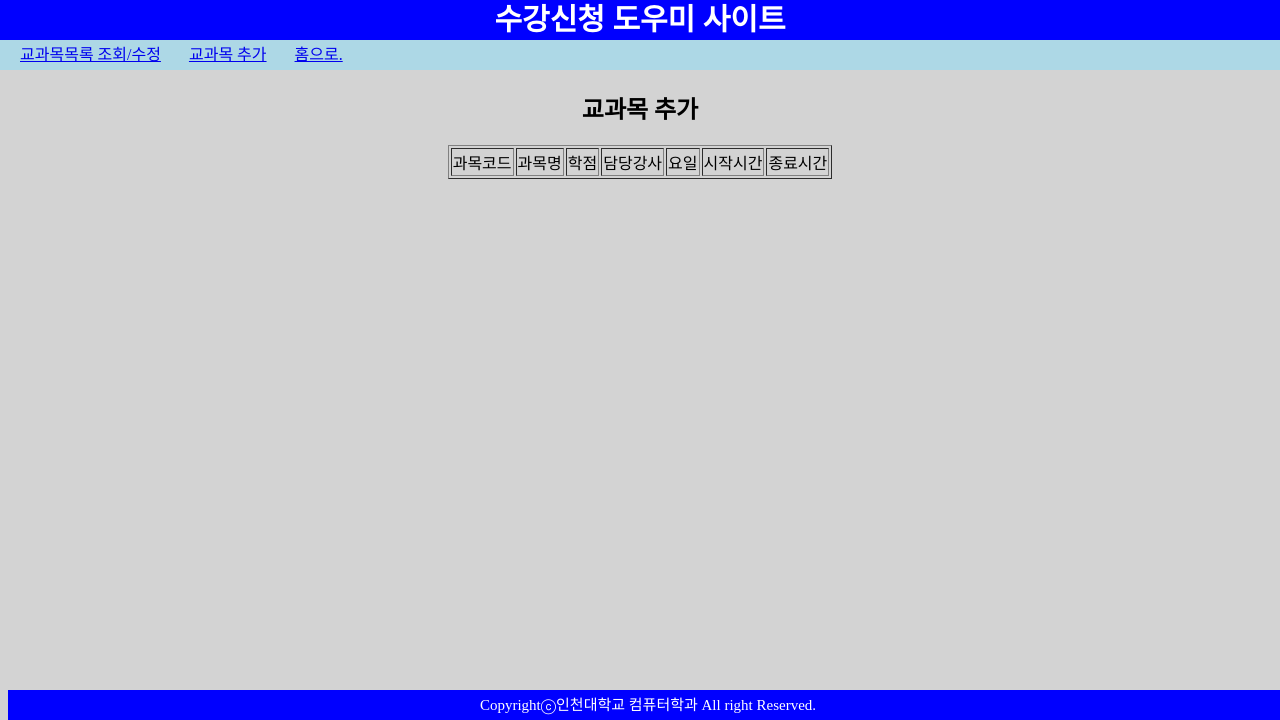
Repository: leesuyeon116/HRD_2
Page: http://localhost/HRD_0419/insert.jsp
These files come from the project's save history. The page is drawn as it stood at one moment and after the next save; the edit follows.
The browser window is 1280 px wide. The pictures show the whole page.
The page is served by Tomcat 9. Other server files are loaded and not shown.

Above is the page before, as saved 2024-04-19 06:00:59.

### HRD_0419/src/main/webapp/insert.jsp
<%@ page language="java" contentType="text/html; charset=UTF-8"
    pageEncoding="UTF-8"%>
<!DOCTYPE html>
<html>
<head>
<meta charset="UTF-8">
<title>insert</title>
</head>
<body>
	<jsp:include page="header.jsp"></jsp:include>
    <section style="position: fixed; top: 70px; left: 0px; width: 100%; height: 100%; background-color: lightgray">
    	<h2 style="text-align: center;"><b>교과목 추가</b></h2>
		<form method="post" action="action.jsp" name="frm" style="display: flex; align-items: center; justify-content: center">
			<table border="1">
				<tr>
					<td>과목코드</td>
					<td>과목명</td>
					<td>학점</td>
					<td>담당강사</td>
					<td>요일</td>
					<td>시작시간</td>
					<td>종료시간</td>
				</tr>
			</table>
		</form>
    </section>
	<jsp:include page="footer.jsp"></jsp:include>
</body>
</html>

### HRD_0419/src/main/webapp/header.jsp
<%@ page language="java" contentType="text/html; charset=UTF-8" pageEncoding="UTF-8"%>
<!DOCTYPE html>
<html>
<head>
    <meta charset="UTF-8">
    <title>header</title>
</head>
<body>
    <header style="position: fixed; top: 0px; left: 0px; width: 100%; height: 40px; line-height: 40px;
        background-color: blue; color: white; text-align: center; font-size: 30px">
        <b>수강신청 도우미 사이트</b>
    </header>

    <nav style="position: fixed; top: 40px; left: 0px; width: 100%; height: 30px; line-height: 30px;
        background-color: lightblue; color: white; padding-left: 20px">
        <a href="list.jsp">교과목목록 조회/수정</a> &nbsp; &nbsp; &nbsp;
        <a href="insert.jsp">교과목 추가</a> &nbsp; &nbsp; &nbsp;
        <a href="index.jsp">홈으로.</a> &nbsp; &nbsp; &nbsp;
    </nav>
</body>
</html>

### HRD_0419/src/main/webapp/footer.jsp
<%@ page language="java" contentType="text/html; charset=UTF-8" pageEncoding="UTF-8"%>
<!DOCTYPE html>
<html>
<head>
    <meta charset="UTF-8">
    <title>footer</title>
</head>
<body>
    <footer style="position: fixed; bottom: 0px; width: 100%; height: 30px; background-color: blue; color: white;
        text-align: center; line-height: 30px; font-size: 15px;">
        Copyrightⓒ인천대학교 컴퓨터학과 All right Reserved.
    </footer>
</body>
</html>

After the next save:
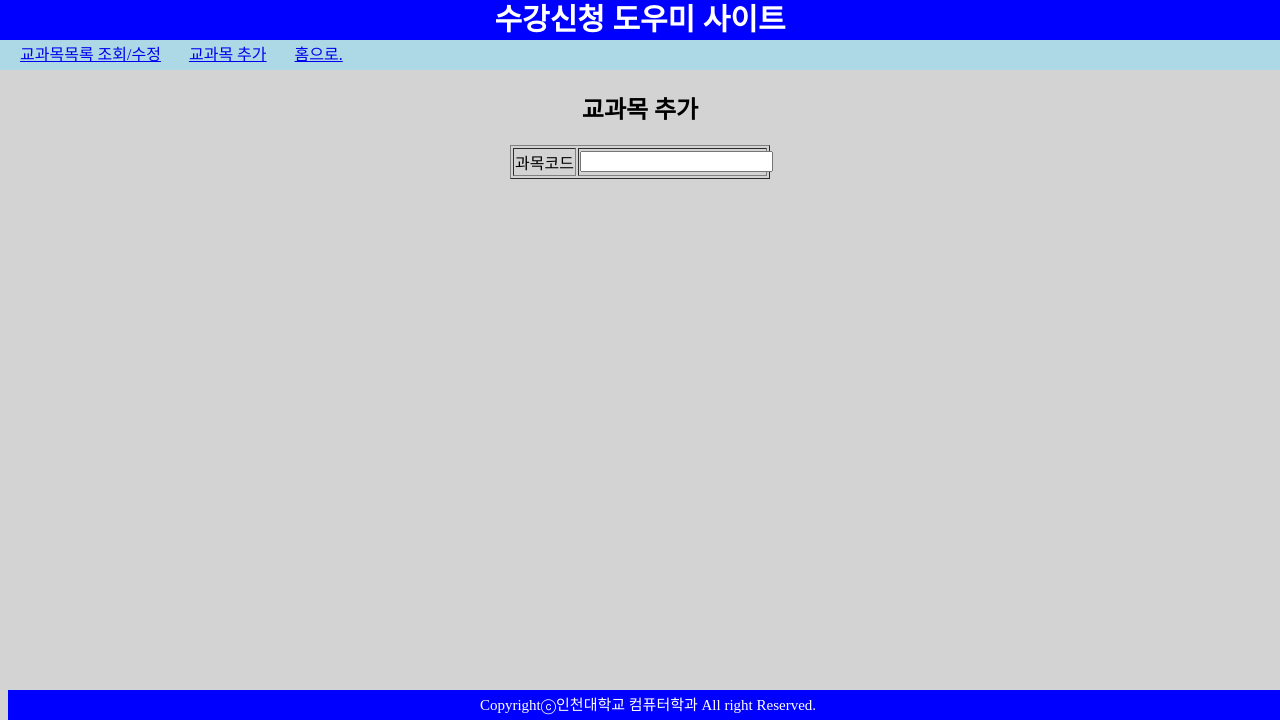
Saved 2 min 28 s later.
--- a/HRD_0419/src/main/webapp/insert.jsp
+++ b/HRD_0419/src/main/webapp/insert.jsp
@@ -14,12 +14,7 @@
 			<table border="1">
 				<tr>
 					<td>과목코드</td>
-					<td>과목명</td>
-					<td>학점</td>
-					<td>담당강사</td>
-					<td>요일</td>
-					<td>시작시간</td>
-					<td>종료시간</td>
+					<td><input type="text" name="id" style="width: 100%"></td>
 				</tr>
 			</table>
 		</form>
